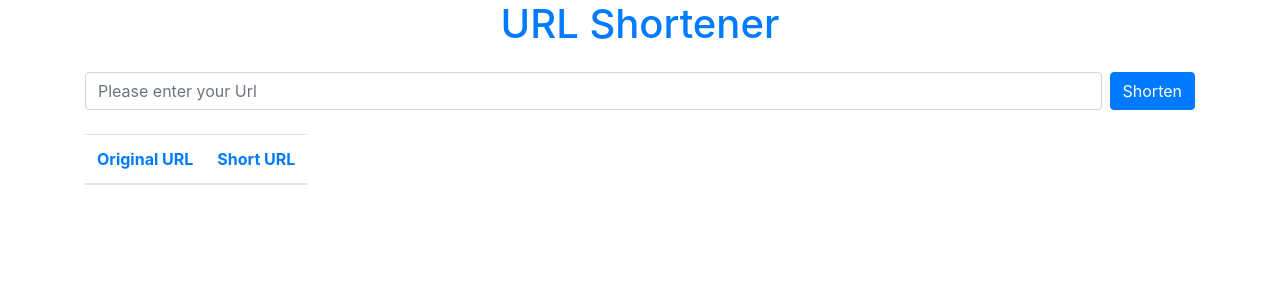
Repository: Art101-ui/Url-shorterner
Page: http://localhost/
An editor plug-in stored every save of this project. The page is shown before and after the next save, followed by the edit.
The browser window is 1280 px wide. The pictures show the whole page.
The page is served by the project's Node server (server.js). Queries for data that is not in the repository find no rows.

Above is the page before, as saved 2022-02-24 14:29:49.

After the next save:
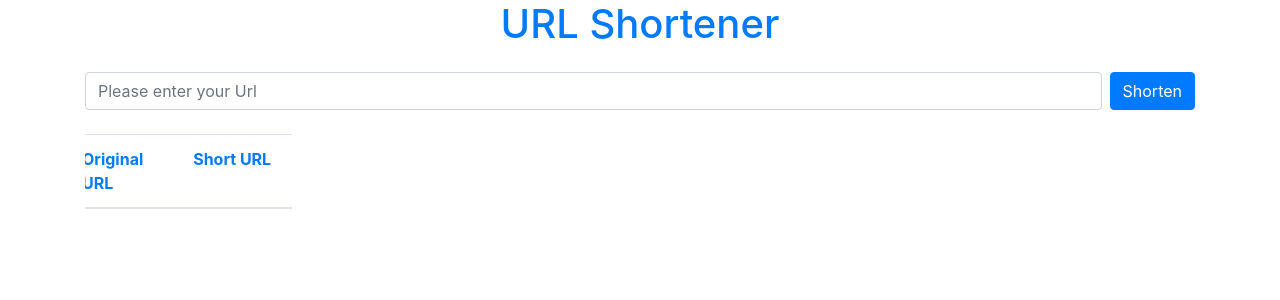
Saved 55 s later.
--- a/views/index.ejs
+++ b/views/index.ejs
@@ -30,9 +30,9 @@
 
       <table class="table table-striped table-responsive">
         <thead>
-          <tr>
-            <th class="text-primary">Original URL</th>
-            <th class="text-primary">Short URL</th>
+          <tr class="row">
+            <th class="text-primary col">Original URL</th>
+            <th class="text-primary col">Short URL</th>
           </tr>
         </thead>
         <tbody>

After the save that followed:
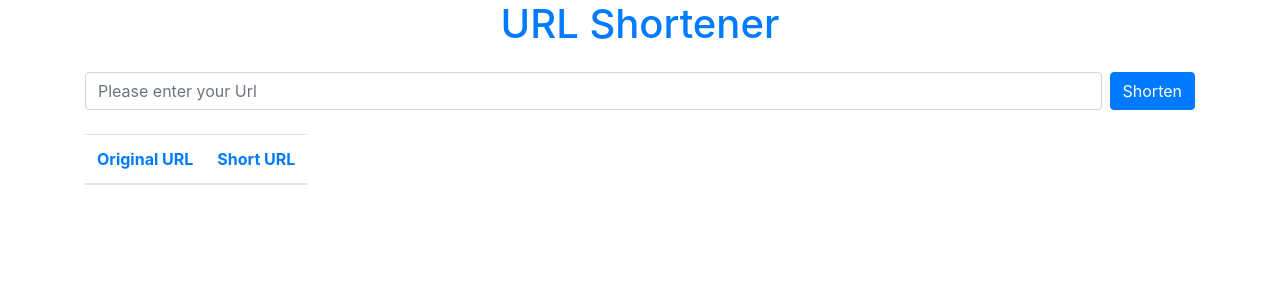
Saved 62 s later.
--- a/views/index.ejs
+++ b/views/index.ejs
@@ -30,9 +30,9 @@
 
       <table class="table table-striped table-responsive">
         <thead>
-          <tr class="row">
-            <th class="text-primary col">Original URL</th>
-            <th class="text-primary col">Short URL</th>
+          <tr>
+            <th class="text-primary">Original URL</th>
+            <th class="text-primary">Short URL</th>
           </tr>
         </thead>
         <tbody>
